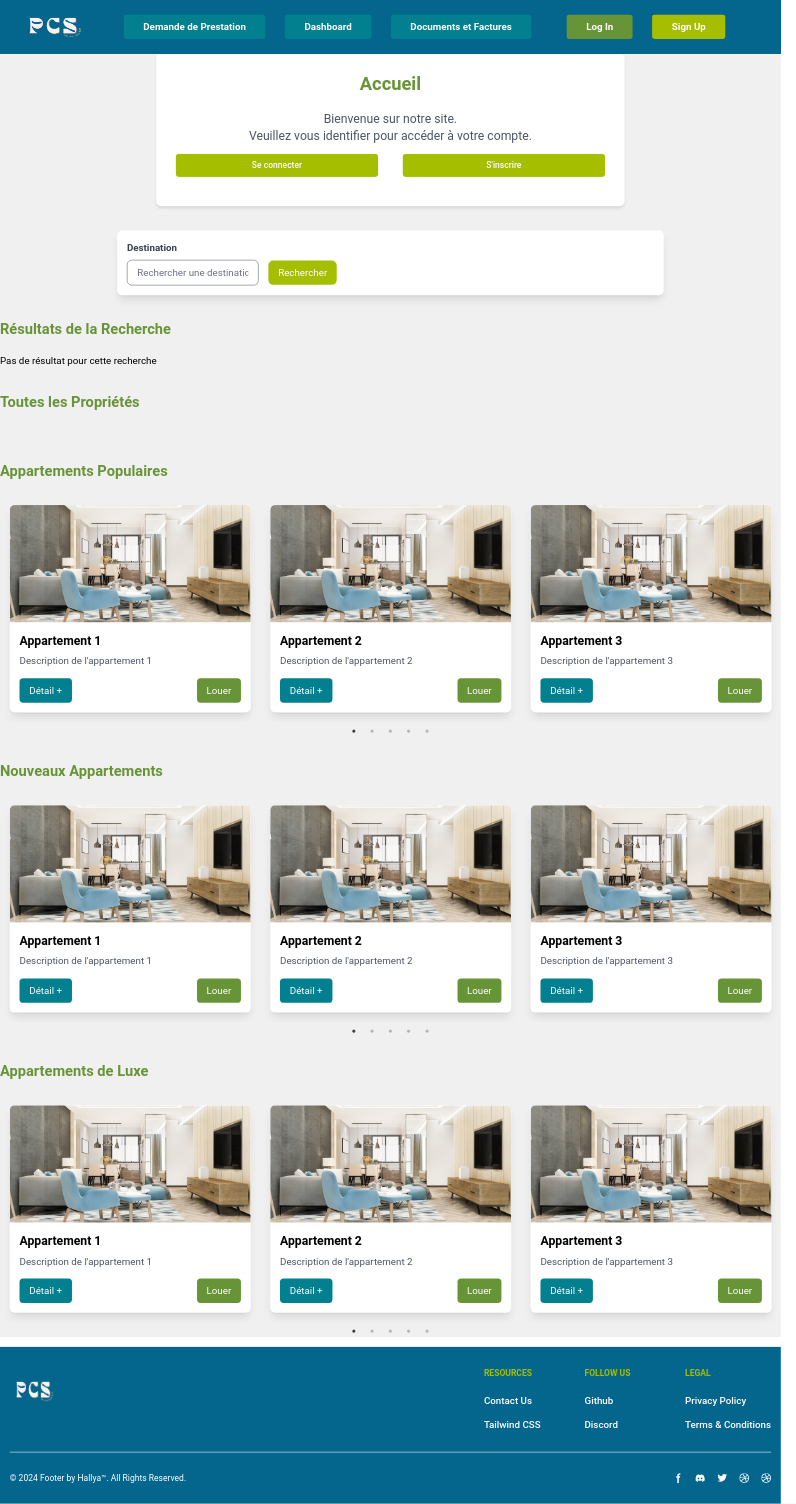
Repository: HATTOUNGBRE/ProjetAnnuel2
Page: / (app in FRONT/)
An editor plug-in stored every save of this project. The page is shown before and after the next save, followed by the edit.
The browser window is 1280 px wide. The page is 1305 px wide, so the pictures cover 1305 px, including what lies to the right of the window. The pictures show the whole page, at 61% of full size.
The page's requests for data from a server got no answer. The project was rebuilt for these pictures with package versions that can differ from the ones it lists, and the page was loaded fresh each time. No one was signed in, and anything a server would have sent is missing. Also part of the build but not shown: FRONT/vite.config.js, FRONT/src/components/PropertyDetails.jsx, FRONT/src/components/Contact.jsx, FRONT/src/components/CatUser.jsx, FRONT/src/components/Login.jsx, FRONT/src/components/prestataire/PrestataireType.jsx, FRONT/src/components/prestataire/PrestataireDetails.jsx, FRONT/src/components/Account.jsx and 16 more.

Above is the page before, as saved 2024-07-03 14:12:16.

### FRONT/src/main.jsx
import React from 'react'
import ReactDOM from 'react-dom/client'
import App from './App.jsx'
import './App.css'
import { AuthProvider } from './components/AuthContext';
import {
  BrowserRouter,
  Route,
  Link
} from "react-router-dom";

ReactDOM.createRoot(document.getElementById('root')).render(
  <React.StrictMode>
    <AuthProvider>
    <App />
    </AuthProvider>
  </React.StrictMode>,
)

### FRONT/src/App.jsx
import React, { useContext, useEffect } from "react";
import './App.css';
import { BrowserRouter as Router, Route, Routes, Navigate } from 'react-router-dom';
import Header from "./components/Header";
import Main from "./components/Main";
import Contact from "./components/Contact";
import Nav from "./components/Nav";
import Footer from "./components/Footer";
import CatUser from "./components/CatUser";
import Login from './components/Login';
import LogOut from "./components/LogOut";
import Account from "./components/Account";
import Inscription from './components/Inscription';
import VoyageurDashboard from './components/dashboard/VoyageurDashboard';
import ProprietaireDashboard from './components/dashboard/ProprietaireDashboard';
import PrestataireDashboard from './components/dashboard/PrestataireDashboard';
import Error400 from './components/Error400';
import AuthContext from './components/AuthContext';
import ProprietairePrestation from "./components/proprio/Prestation";
import ProprietaireReservation from "./components/proprio/ProprietaireReservation";
import PrestataireReservation from "./components/prestataire/PrestataireReservation";
import AddProperty from "./components/proprio/AddProperty";
import CreatePrestation from "./components/proprio/CreatePrestation";
import ReservationForm from "./components/voyageur/ReservationForm";

const ProtectedRoute = ({ element, allowedRole }) => {
    const { isLoggedIn, userRole, loading } = useContext(AuthContext);
    if (loading) {
        return <div>Loading...</div>; // Show loading indicator while fetching user details
    }
    if (!isLoggedIn) {
        return <Navigate to="/login" />;
    }
    return userRole === allowedRole ? element : <Navigate to="/error400" />;
};

function App() {
    const { isLoggedIn, userRole, userId, userName, userSurname, category, loading } = useContext(AuthContext);

    useEffect(() => {
        console.log("UserRole:", userRole);
        console.log("UserId:", userId);
        console.log("UserName:", userName);
        console.log("UserSurname:", userSurname);
        console.log("CategoryUserId:", category);
    }, [userRole, userId, userName, userSurname, category]);

    if (loading) {
        return <div>Loading...</div>; // Show loading indicator while fetching user details
    }

    return (
        <Router>
            <div className="flex flex-col min-h-screen">
            <Header isLoggedIn={isLoggedIn} userRole={userRole} />
            <main className="flex-grow">
                <Routes>
                    <Route exact path="/" element={<Main isLoggedIn={isLoggedIn} userRole={userRole} />} />
                    <Route path="/components/inscription" element={<Inscription />} />
                    <Route path="/components/catUser" element={<CatUser />} />
                    <Route path="/contact" element={<Contact />} />
                    <Route path="/login" element={<Login />} />
                    <Route path={`/${userRole}/Prestation`} element={<ProtectedRoute element={<ProprietairePrestation />} allowedRole="proprietaire" />} />
                    <Route path={`/${userRole}/Reservation`} element={<ProtectedRoute element={userRole === 'proprietaire' ? <ProprietaireReservation /> : <PrestataireReservation />} allowedRole={userRole} />} />
                    <Route path="/components/dashboard/voyageur" element={<ProtectedRoute element={<VoyageurDashboard />} allowedRole="voyageur" />} />
                    <Route path="/components/dashboard/proprietaire" element={<ProtectedRoute element={<ProprietaireDashboard />} allowedRole="proprietaire" />} />
                    <Route path="/components/dashboard/prestataire" element={<ProtectedRoute element={<PrestataireDashboard />} allowedRole="prestataire" />} />
                    <Route path="/components/nav" element={<Nav isLoggedIn={isLoggedIn} userRole={userRole} />} />
                    <Route path="/logout" element={<LogOut />} />
                    <Route path="/account" element={<Account userId={userId} />} />
                    <Route path="/error400" element={<Error400 />} />
                    <Route path="/add-property" element={<ProtectedRoute element={<AddProperty />} allowedRole="proprietaire" />} />
                    <Route path="/create-prestation" element={<ProtectedRoute element={<CreatePrestation />} allowedRole="proprietaire" />} />
                    <Route path="/components/dashboard/proprietaire" element={<ProtectedRoute element={<ProprietaireDashboard />} allowedRole="proprietaire" />} />
                    <Route path="/components/dashboard/prestataire" element={<ProtectedRoute element={<PrestataireDashboard />} allowedRole="prestataire" />} />
                    <Route path="/components/dashboard/voyageur" element={<ProtectedRoute element={<VoyageurDashboard />} allowedRole="voyageur" />} />
                    <Route path="/louer-un-logement" element={<ReservationForm />} />
                    <Route path="/error400" element={<Error400 />} />
                    <Route path="*" element={<Error400 />} />
                </Routes>
            </main>
             <footer className="bg-pcs-200 dark:bg-gray-900 relative bottom-0 ">

            <Footer />
            </footer>
            </div>
        </Router>
    );
}

export default App;

### FRONT/src/App.css
@tailwind base;
@tailwind components;
@tailwind utilities;

html, body {
  height: 100%;
  width: 100%;
  margin: 0;
  padding: 0;
  font-family: 'Roboto', sans-serif;
}


.logo {
  height: 5em;
  width: 7em;
  /* will-change: filter; */
  transition: filter 300ms;
}
.logo:hover {
}
.logo.react:hover {
  filter: drop-shadow(0 0 2em #61dafbaa);
}

@keyframes logo-spin {
  from {
    transform: rotate(0deg);
  }
  to {
    transform: rotate(360deg);
  }
}


.card {
  padding: 2em;
}

.read-the-docs {
  color: #888;
}
footer {
  position: absolute;
  left: 0;
  bottom: 0;
  width: 100%;
  margin-top: 1em;
}
html, body {
  height: 100%;
  margin: 0;
  padding: 0;

}



footer {

  width: 100%;

}

.property{
  overflow-y: auto;
}

.main-content {
  flex: 1;
  padding: 24px;
  overflow-y: auto;
  display: flex;
  flex-direction: column;
}
.Modal {
  background: white;
  padding: 20px;
  max-width: 800px;
  margin: auto;
  border-radius: 8px;
  outline: none;
}


.Overlay {
  position: fixed;
  top: 0;
  left: 0;
  right: 0;
  bottom: 0;
  background-color: rgba(0, 0, 0, 0.75);
  display: flex;
  align-items: center;
  justify-content: center;
}

### FRONT/src/components/AuthContext.jsx
import React, { createContext, useState, useEffect } from 'react';
import Cookies from 'js-cookie';

const AuthContext = createContext();

export const AuthProvider = ({ children }) => {
  const [isLoggedIn, setIsLoggedIn] = useState(false);
  const [userRole, setUserRole] = useState('');
  const [userId, setUserId] = useState(null);
  const [userName, setUserName] = useState('');
  const [userSurname, setUserSurname] = useState('');
  const [category, setCategoryUserId] = useState(null);
  const [loading, setLoading] = useState(true); // New state for loading

  const fetchUserDetails = async (userId) => {
    try {
      const response = await fetch(`http://localhost:8000/api/user/${userId}`);
      const data = await response.json();

      if (response.ok) {
        setIsLoggedIn(true);
        setUserId(data.id);
        setUserName(data.name);
        setUserSurname(data.surname);
        setCategoryUserId(data.category_user);
        setUserRole(Cookies.get('role')); // Ensure the role is set from the cookie
      } else {
        setIsLoggedIn(false);
        setUserId(null);
        setUserName('');
        setUserSurname('');
        setCategoryUserId(null);
        setUserRole('');
      }
    } catch (error) {
      console.error('Error fetching user details:', error);
    } finally {
      setLoading(false); // Set loading to false once user details are fetched
    }
  };

  useEffect(() => {
    const token = Cookies.get('authToken');
    const storedUserRole = Cookies.get('role');
    const storedUserId = Cookies.get('userId');

    if (token && storedUserId) {
      setIsLoggedIn(true);
      setUserRole(storedUserRole || '');
      fetchUserDetails(storedUserId); // Fetch user details
    } else {
      setLoading(false); // Set loading to false if no token or userId is found
    }
  }, []);

  const login = (token, role, userId, userName, userSurname, category) => {
    Cookies.set('authToken', token, { expires: 1 });
    Cookies.set('role', role, { expires: 1 });
    Cookies.set('userId', userId, { expires: 1 });
    Cookies.set('userName', userName, { expires: 1 });
    Cookies.set('userSurname', userSurname, { expires: 1 });
    Cookies.set('category', category, { expires: 1 });

    setIsLoggedIn(true);
    setUserRole(role);
    setUserId(userId);
    setUserName(userName);
    setUserSurname(userSurname);
    setCategoryUserId(category);
    setLoading(false); // Set loading to false after login
  };

  const logout = () => {
    Cookies.remove('authToken');
    Cookies.remove('role');
    Cookies.remove('userId');
    Cookies.remove('userName');
    Cookies.remove('userSurname');
    Cookies.remove('category');

    setIsLoggedIn(false);
    setUserRole('');
    setUserId(null);
    setUserName('');
    setUserSurname('');
    setCategoryUserId(null);
    setLoading(false); // Set loading to false after logout
  };

  return (
    <AuthContext.Provider value={{ isLoggedIn, userRole, userId, userName, userSurname, category, login, logout, fetchUserDetails, loading }}>
      {children}
    </AuthContext.Provider>
  );
};

export default AuthContext;

### FRONT/src/components/Header.jsx
import { useState, useEffect } from 'react';
import Nav from './Nav';
import { Link } from "react-router-dom";

function Header(props) {
  const { isLoggedIn, userRole } = props;

  return (
    <div>
      <header className="bg-pcs-200 sticky top-0 z-[20]">
        <nav className="bg-pcs-200 border-gray-200 dark:bg-gray-900 w-full">
          <div className="w-full flex flex-wrap items-center justify-around p-1">
            <Link to="/" className="flex items-center space-x-3 rtl:space-x-reverse">
              <img src="/public/images/fullDay.png" className="h-8 logo" alt="PCSLogo" />
            </Link>
            <Nav isLoggedIn={isLoggedIn} userRole={userRole} />
            <button
              data-collapse-toggle="navbar-default"
              type="button"
              className="inline-flex items-center p-2 w-10 h-10 justify-center text-sm text-gray-500 rounded-lg md:hidden focus:outline-none focus:ring-2 focus:ring-gray-200 dark:text-gray-400 dark:focus:ring-gray-600"
              aria-controls="navbar-default"
              aria-expanded="false"
            >
              <span className="sr-only">Open main menu</span>
              <svg
                className="w-5 h-5"
                aria-hidden="true"
                xmlns="http://www.w3.org/2000/svg"
                fill="none"
                viewBox="0 0 17 14"
              >
                <path
                  stroke="currentColor"
                  strokeLinecap="round"
                  strokeLinejoin="round"
                  strokeWidth="2"
                  d="M1 1h15M1 7h15M1 13h15"
                />
              </svg>
            </button>
            <div className="hidden w-full md:block md:w-auto" id="navbar-default"></div>
          </div>
        </nav>
      </header>
    </div>
  );
}

export default Header;

### FRONT/src/components/Nav.jsx
import { Link } from "react-router-dom";

function Nav(props) {
    const { isLoggedIn, userRole } = props;

    console.log('isLoggedIn page NAV:', isLoggedIn);
    return (
        <>
            <div className='flex space-x-8'>
                <Link to={`/${userRole}/Reservation`}>
                    <button className="bg-pcs-250 hover:bg-pcs-300 text-white font-bold py-2 px-8 rounded">
                        Demande de Prestation
                    </button>
                </Link>

                <Link to={`/components/dashboard/${userRole}`}>
                    <button className="bg-pcs-250 hover:bg-pcs-300 text-white font-bold py-2 px-8 rounded">
                        Dashboard
                    </button>
                </Link>

                <Link to={`/${userRole}/Prestation`}>
                    <button className="bg-pcs-250 hover:bg-pcs-300 text-white font-bold py-2 px-8 rounded">
                        Documents et Factures
                    </button>
                </Link>
            </div>
            {isLoggedIn ? (
                <div className='flex space-x-8'>
                    <Link to='/account'>
                        <button className="bg-pcs-400 hover:bg-pcs-700 text-white font-bold py-2 px-8 rounded">
                            Account
                        </button>
                    </Link>
                    <Link to='/logout'>
                        <button className="bg-pcs-300 hover:bg-pcs-600 text-white font-bold py-2 px-8 rounded">
                            Log out
                        </button>
                    </Link>

                </div>
            ) : (
                <div className='flex space-x-8'>
                    <Link to='/components/catuser'>
                        <button className="bg-pcs-400 hover:bg-pcs-700 text-white font-bold py-2 px-8 rounded">
                            Log In
                        </button>
                    </Link>

                    <Link to='/components/Inscription'>
                        <button className="bg-pcs-300 hover:bg-pcs-600 text-white font-bold py-2 px-8 rounded">
                            Sign Up
                        </button>
                    </Link>
                </div>
            )}
        </>
    );
};

export default Nav;

### FRONT/src/components/LogOut.jsx
import React, { useContext, useEffect } from 'react';
import { useNavigate } from 'react-router-dom';
import AuthContext from './AuthContext';

const LogOut = () => {
  const { logout } = useContext(AuthContext);
  const navigate = useNavigate();

  useEffect(() => {
    logout();
    navigate('/');
  }, [logout, navigate]);

  return null;
};

export default LogOut;

### FRONT/src/components/PropertySliderSection.jsx
import React from 'react';
import Slider from 'react-slick';

const PropertySliderSection = ({ title, sliderSettings }) => {
  return (
    <div className="mt-10 w-full mb-6">
      <h2 className="text-2xl font-semibold text-pcs-400 mb-6">{title}</h2>
      <Slider {...sliderSettings}>
        {[1, 2, 3, 4, 5].map(item => (
          <div key={item} className="p-4">
            <div className="bg-white shadow-lg rounded-lg overflow-hidden">
              <img src="http://localhost:8000/uploads/property_photos/default_appart.jpg" alt={`Appartement ${item}`} className="h-48 w-full object-cover" />
              <div className="p-4">
                <h3 className="text-xl font-semibold mb-2">Appartement {item}</h3>
                <p className="text-gray-600 mb-4">Description de l'appartement {item}</p>
                <div className="flex justify-between">
                  <button className="bg-pcs-250 hover:bg-pcs-200 text-white py-2 px-4 rounded-md">Détail +</button>
                  <button className="bg-pcs-400 text-white py-2 px-4 rounded-md">Louer</button>
                </div>
              </div>
            </div>
          </div>
        ))}
      </Slider>
    </div>
  );
};

export default PropertySliderSection;

### FRONT/src/components/PropertyRow.jsx
import React, { useState } from 'react';
import Slider from 'react-slick';
import PropertyDetails from './PropertyDetails';
import { Link } from 'react-router-dom';

const PropertyRow = ({ properties = [], sliderSettings }) => {
  const [selectedProperty, setSelectedProperty] = useState(null);

  return (
    <div className="mt-10 w-full">
      {selectedProperty && (
        <PropertyDetails
          property={selectedProperty}
          onClose={() => setSelectedProperty(null)}
        />
      )}
      <Slider {...sliderSettings}>
        {properties.map(property => (
          <div key={property.id} className="p-4">
            <div className="bg-white shadow-lg rounded-lg overflow-hidden">
              <img src={`http://localhost:8000/uploads/property_photos/${property.image}`} alt={property.name} className="h-48 w-full object-cover" />
              <div className="p-4">
                <h3 className="text-xl font-semibold mb-2">{property.name}</h3>
                <p className="text-gray-600 mb-4">{property.description}</p>
                <p className="text-gray-600 mb-4">{property.commune}</p>
                <p className="text-gray-600 mb-4">{property.price} €/jour</p>
                <div className="flex justify-between">
                <button className="bg-pcs-250 hover:bg-pcs-200 text-white py-2 px-4 rounded-md" onClick={() => setSelectedProperty(property)}>Détail +</button>

                  <Link to={`/louer-un-logement?id=${property.id}`} className="bg-pcs-400 text-white py-2 px-4 rounded-md">
                    Louer
                  </Link>
                </div>
              </div>
            </div>
          </div>
        ))}
      </Slider>
    </div>
  );
};

export default PropertyRow;

Loaded but not shown: FRONT/index.html (common file); FRONT/tailwind.config.js (26 lines, source omitted); FRONT/src/components/Main.jsx (212 lines, source omitted); FRONT/src/components/Footer.jsx (90 lines, source omitted)

After the next save:
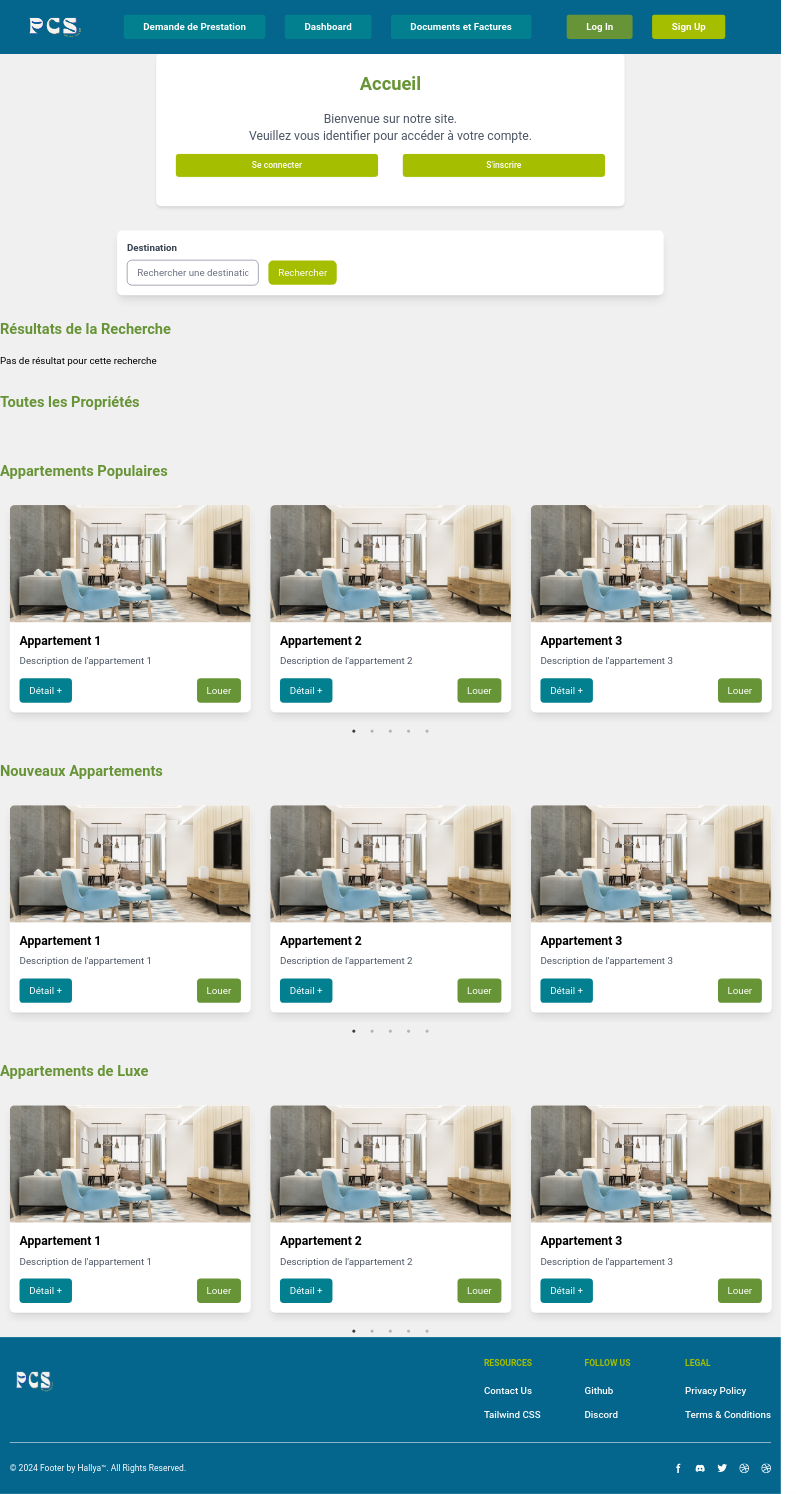
Saved 37 s later.
--- a/FRONT/src/App.css
+++ b/FRONT/src/App.css
@@ -45,7 +45,6 @@ footer {
   left: 0;
   bottom: 0;
   width: 100%;
-  margin-top: 1em;
 }
 html, body {
   height: 100%;
